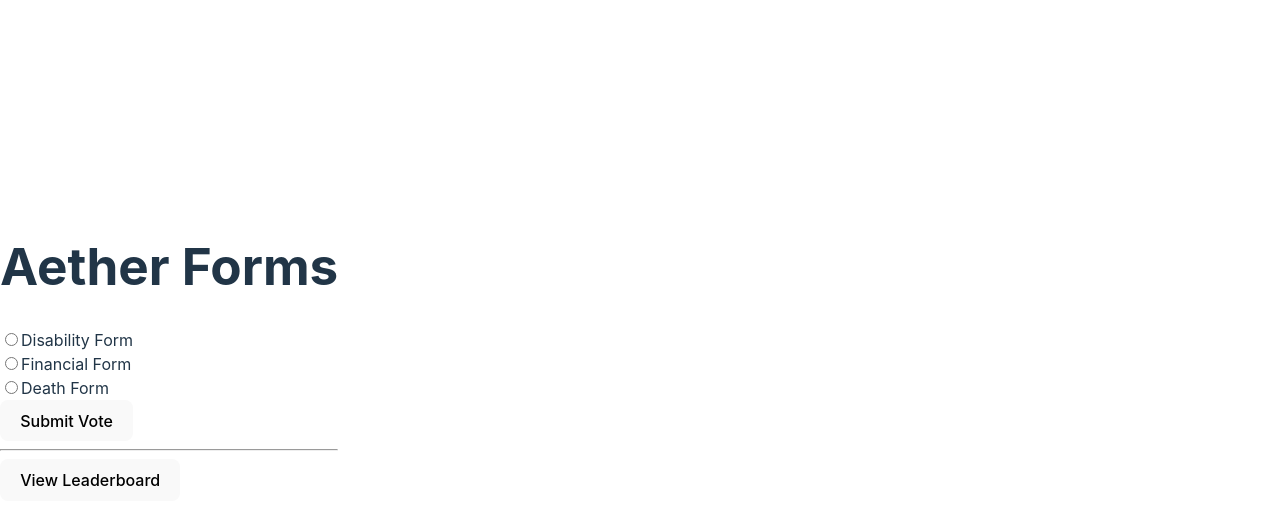
Repository: Jennica1/Aether-Top-Forms
Page: / (app in form-leaderboard-frontend/)
An editor plug-in stored every save of this project. The page is shown before and after the next save, followed by the edit.
The browser window is 1280 px wide. The pictures show the whole page.
The project was rebuilt for these pictures with package versions that can differ from the ones it lists, and the page was loaded fresh each time. Also part of the build but not shown: form-leaderboard-frontend/vite.config.js.

Above is the page before, as saved 2024-11-26 12:18:24.

After the next save:
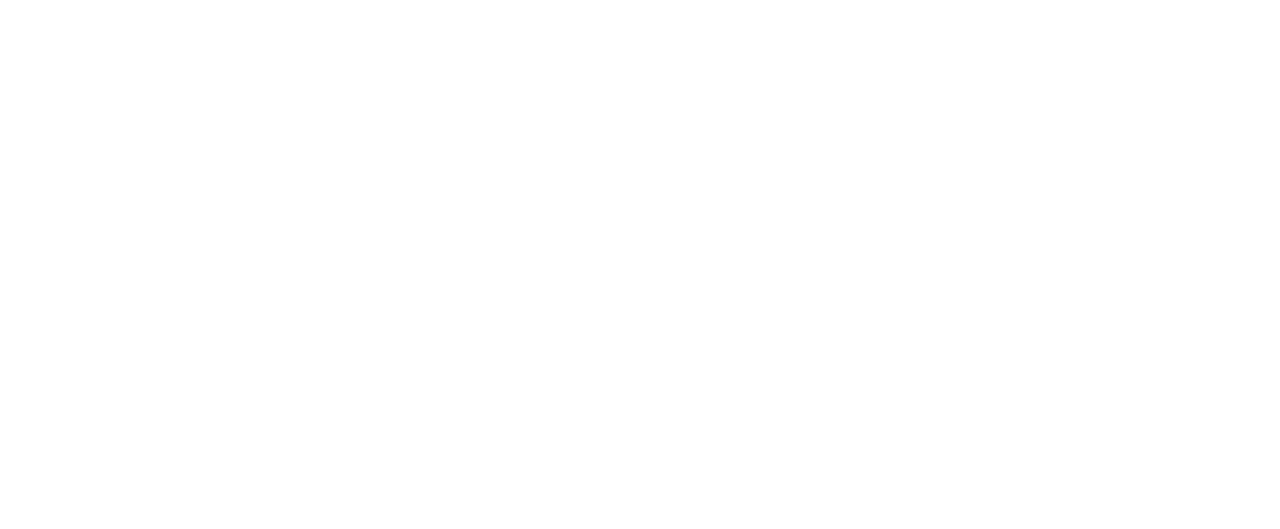
Console error: ReferenceError: fetchLeaderboard is not defined
Saved 78 s later.
--- a/form-leaderboard-frontend/src/components/Leaderboard.jsx
+++ b/form-leaderboard-frontend/src/components/Leaderboard.jsx
@@ -4,15 +4,15 @@
 const Leaderboard = () => {
   const [leaderboard, setLeaderboard] = useState([]);
 
-  const fetchLeaderboard = async () => {
-    try {
-      const { data } = await axios.get("https://aether-top-forms-leaderboard.onrender.com/api/votes/leaderboard");
+  // const fetchLeaderboard = async () => {
+  //   try {
+  //     const { data } = await axios.get("https://aether-top-forms-leaderboard.onrender.com/api/votes/leaderboard");
 
-      setLeaderboard(data);
-    } catch (error) {
-      console.error("Error fetching leaderboard:", error);
-    }
-  };
+  //     setLeaderboard(data);
+  //   } catch (error) {
+  //     console.error("Error fetching leaderboard:", error);
+  //   }
+  // };
 
   return (
     <div>

After the 6 saves that followed:
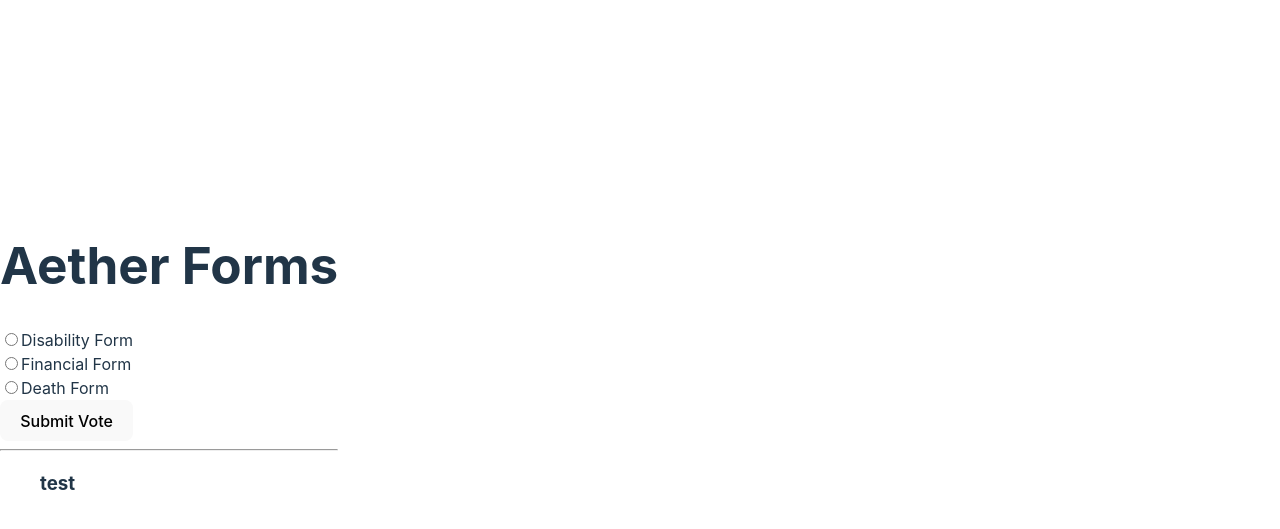
The error is gone.
The 6 saves are shown as one change because 4 left the picture as it was and some came seconds apart.
The last was saved 2 min 5 s later.
--- a/form-leaderboard-frontend/src/components/Leaderboard.jsx
+++ b/form-leaderboard-frontend/src/components/Leaderboard.jsx
@@ -2,7 +2,7 @@
 import axios from "axios";
 
 const Leaderboard = () => {
-  const [leaderboard, setLeaderboard] = useState([]);
+  // const [leaderboard, setLeaderboard] = useState([]);
 
   // const fetchLeaderboard = async () => {
   //   try {
@@ -16,13 +16,14 @@
 
   return (
     <div>
-      <button onClick={fetchLeaderboard}>View Leaderboard</button>
+      {/* <button onClick={fetchLeaderboard}>View Leaderboard</button> */}
       <ul>
-        {leaderboard.map((entry) => (
+        {/* {leaderboard.map((entry) => (
           <li key={entry._id}>
             {entry._id}: {entry.count} votes
           </li>
-        ))}
+        ))} */}
+        <h3>test</h3>
       </ul>
     </div>
   );
